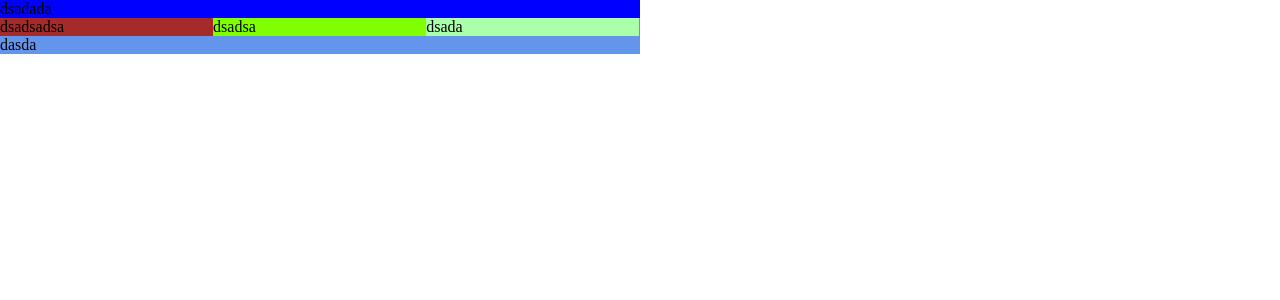
Repository: Gumiin/studia
Page: exercise 1/index.html
An editor plug-in stored every save of this project. The page is shown before and after the next save, followed by the edit.
The browser window is 1280 px wide. The pictures show the whole page.

Above is the page before, as saved 2021-03-10 18:22:55.

After the next save:
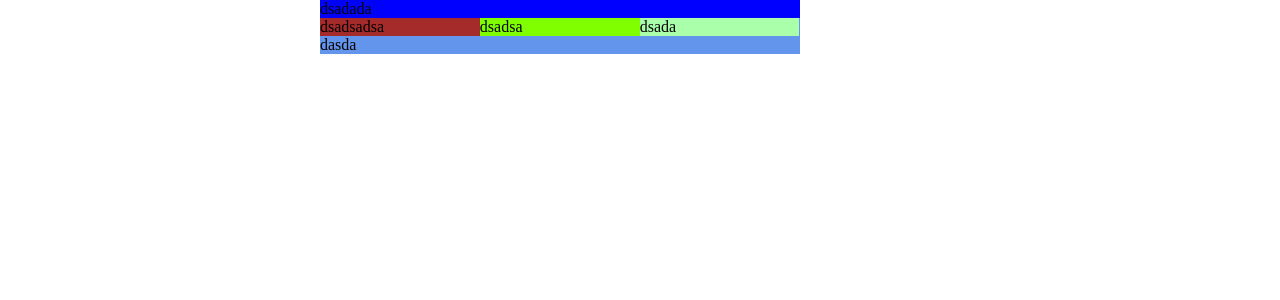
Saved 23 s later.
--- a/exercise 1/style.css
+++ b/exercise 1/style.css
@@ -6,7 +6,7 @@ body{
     padding:0px;
 }
 #all{
-margin:auto;
+    margin-left: 25%;
 }
 #baner{
     background-color: blue;
